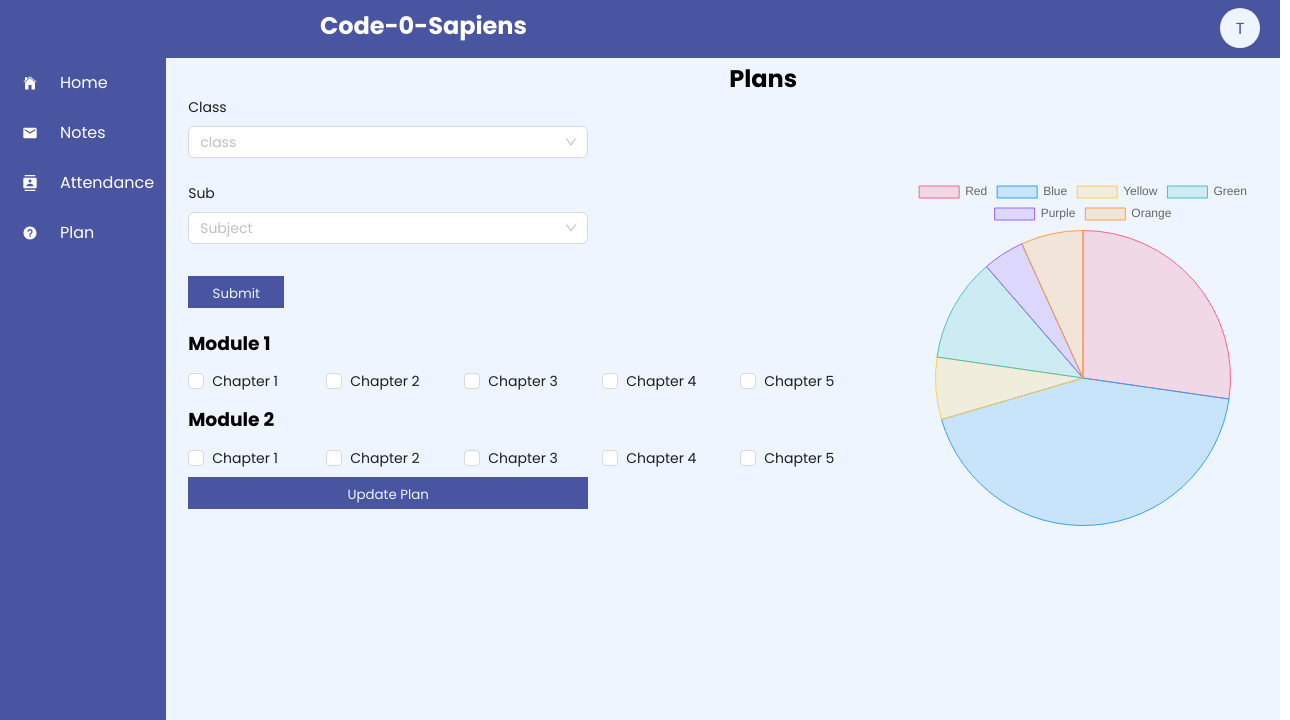
Repository: sinchana-P/code-0-sapiens
Page: /plans (app in client/), after clicking the first element matching `button`
These files come from the project's save history. The page is drawn as it stood at one moment and after the next save; the edit follows.
The browser window is 1280 px wide. The page is 1290 px wide, so the pictures cover 1290 px, including what lies to the right of the window. The pictures show the whole page.
The project was rebuilt for these pictures with package versions that can differ from the ones it lists, and the page was loaded fresh each time. Also part of the build but not shown: client/src/components/auth/login/FormLayoutLogin.jsx, client/src/components/auth/login/Login.jsx, client/src/components/auth/register/FormLayoutRegister.jsx, client/src/components/auth/register/Register.jsx, client/src/components/homeScene/Home.jsx, client/src/components/notes/Notes.jsx, client/src/components/attendance/Attendance.jsx, client/src/components/profile/Profile.jsx and 5 more.

Above is the page before, as saved 2024-03-01 07:50:07.

After the next save:
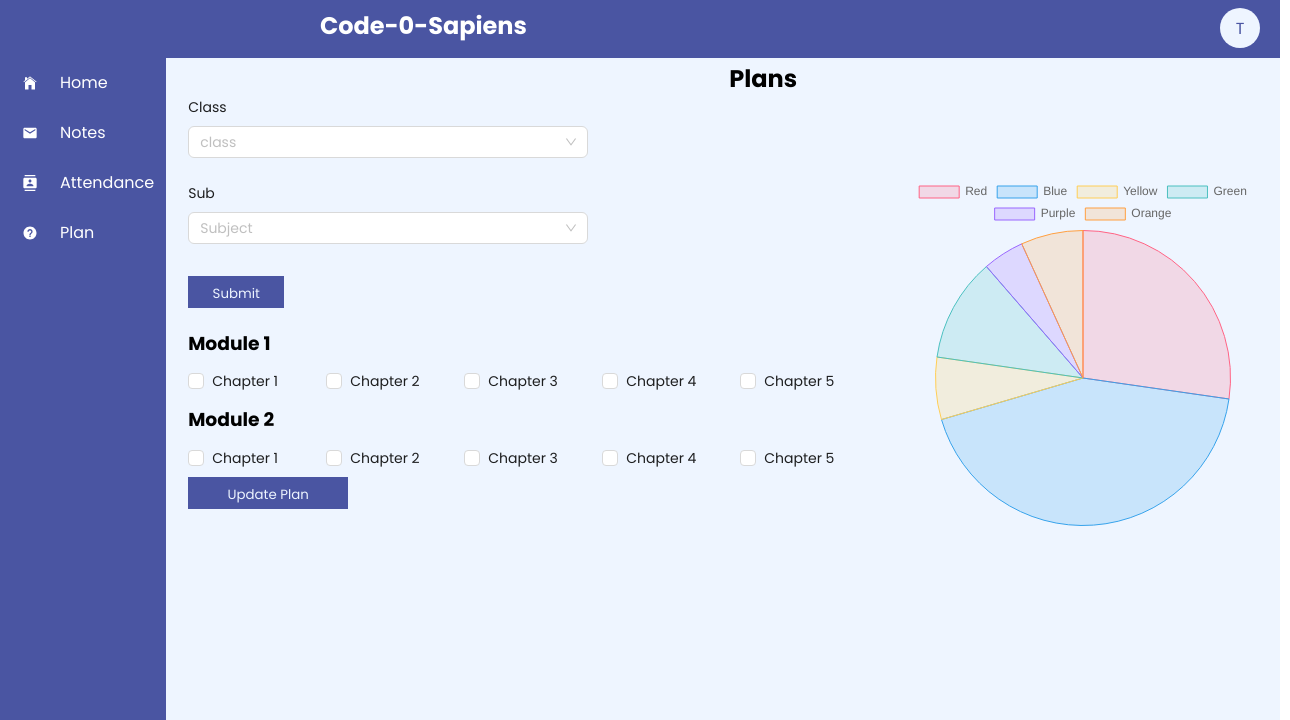
Saved 8 s later.
--- a/client/src/components/plans/Plans.jsx
+++ b/client/src/components/plans/Plans.jsx
@@ -179,7 +179,7 @@ const Plans = () => {
                           </div>
 
                       ))}
-                      <button style={{ width: '25rem', height: '2rem', textAlign: 'center' }}>Update Plan</button>
+                      <button style={{ width: '10rem', height: '2rem', textAlign: 'center' }}>Update Plan</button>
                         </>
                     )}
                 </div>
